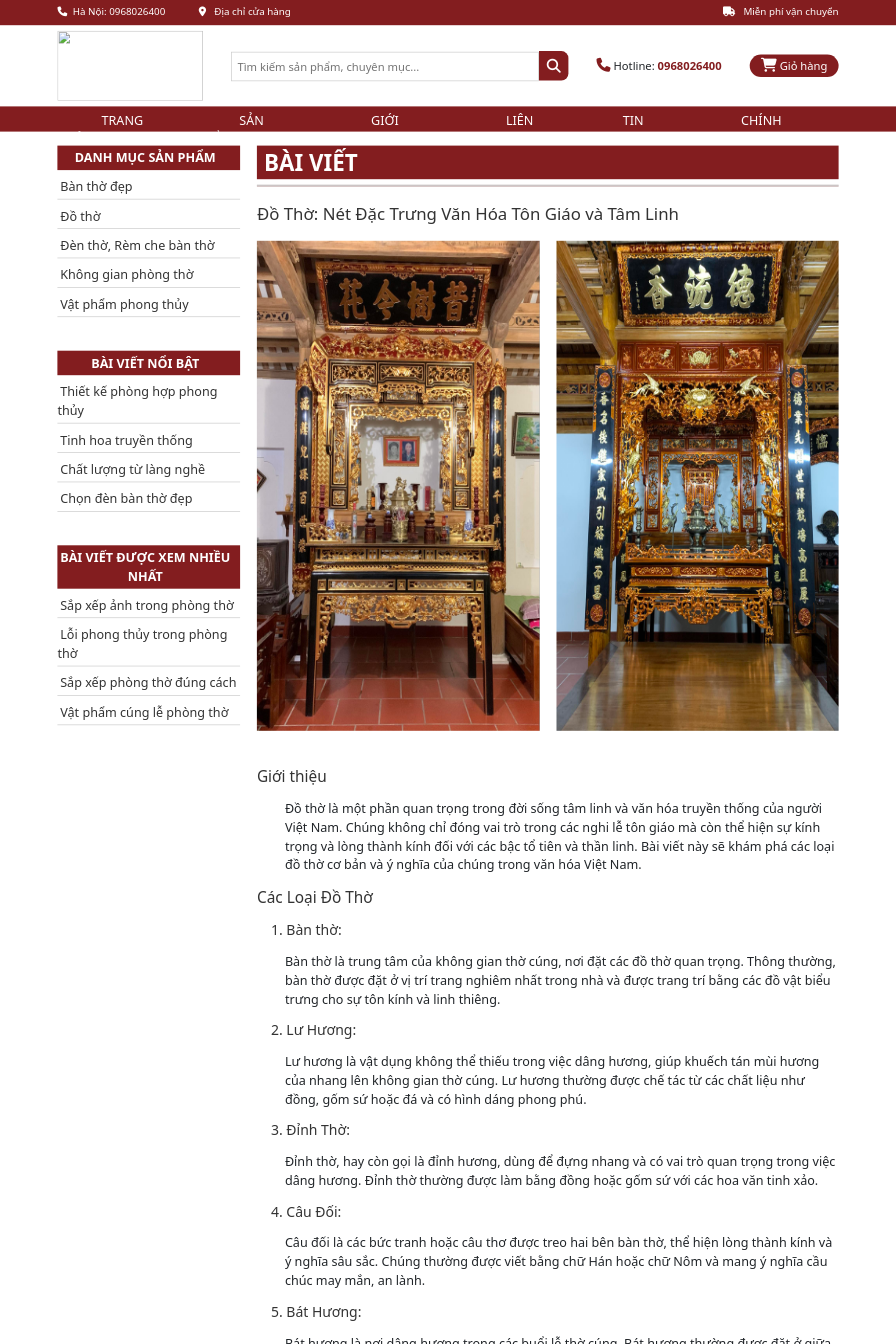
Repository: hoang28092000/do_go_hien_son
Page: index.html
These files come from the project's save history. The page is drawn as it stood at one moment and after a run of saves; the edit follows.
The browser window is 1280 px wide. The pictures show the part of the page from y = 0 to 1920 px (the page is 2772 px tall), at 70% of full size.
Some web libraries are served in a nearby version.

Above is the page before, as saved 2024-08-10 23:43:42.

### index.html
<!DOCTYPE html>
<html lang="en">
<head>
    <meta charset="UTF-8">
    <meta name="viewport" content="width=device-width, initial-scale=1.0">
    <link rel="stylesheet" href="./asset/style.css">
    <link rel="stylesheet" href="https://cdnjs.cloudflare.com/ajax/libs/font-awesome/6.6.0/css/all.min.css" integrity="sha512-Kc323vGBEqzTmouAECnVceyQqyqdsSiqLQISBL29aUW4U/M7pSPA/gEUZQqv1cwx4OnYxTxve5UMg5GT6L4JJg==" crossorigin="anonymous" referrerpolicy="no-referrer" />
    <link href="https://cdn.jsdelivr.net/npm/bootstrap@5.3.3/dist/css/bootstrap.min.css" rel="stylesheet" integrity="sha384-QWTKZyjpPEjISv5WaRU9OFeRpok6YctnYmDr5pNlyT2bRjXh0JMhjY6hW+ALEwIH" crossorigin="anonymous">
    <title>Đồ thờ Hiền Sơn</title>
</head>
<body>
    <div id="header">
        <div class="top_header">
            <div class="container">
                <div class=" d-flex align-items-center justify-content-between pt-1">
                    <div class="d-flex">
                        <p class="mb-0 me-5"><a href="" class="txt-th">
                            <i class="fa-solid fa-phone icon-th pe-2"></i>Hà Nội: 0968026400
                        </a></p>
                        <p class="mb-0"><a href="" class="txt-th">
                            <i class="fa-solid fa-location-dot icon-th pe-2"></i>
                        Địa chỉ cửa hàng</a></p>
                    </div>
                    <p class="mb-0"><a href="" class="txt-th">
                        <i class="fa-solid fa-truck icon-th pe-2"></i>
                    Miễn phí vận chuyển</a></p>
                </div>
            </div>
        </div>
    </div>

        <div class="main_header py-2">
            <div class="container">
                <ul class="d-flex justify-content-between align-items-center ps-0 mb-0">
                    <li class="logo-hs">
                        <a href="index.html"><img src="" class="logo-hd" alt=""></a>
                    </li>
                    <li class="search-hd">
                        <input type="text" class="input-search-hd" placeholder="Tìm kiếm sản phẩm, chuyên mục..."><i class="fa-solid fa-magnifying-glass icon-search_hd"></i>
                    </li>

                    <li class="contact-hd">
                        <i class="fa-solid fa-phone icon-hd "></i>
                        <span class="txt-hd">Hotline: <b style="color: #831d1f;">0968026400</b></span>
                    </li>

                    <li class="cart-hd">
                        <p class="mb-0 cart-list py-1 px-3">
                            <i class="fa-solid fa-cart-shopping icon-cart"></i><span class="txt-cart"> Giỏ hàng</span>
                        </p>
                    </li>
                </ul>
            </div>
        </div>

        <div class="bottom_header">
            <div class="container">
                <ul class="links d-flex justify-content-center align-items-center mb-0 ps-0">
                   <li class="link "><a href="" class="txt-link">TRANG CHỦ</a></li>
                   <li class="link"><a href="./website/product.html" class="txt-link">SẢN PHẨM</a></li>
                   <li class="link"><a href="./website/about-us.html" class="txt-link">GIỚI THIỆU</a></li>
                   <li class="link"><a href="./website/contact.html" class="txt-link">LIÊN HỆ</a></li>
                   <li class="link"><a href="./website/news.html" class="txt-link">TIN TỨC</a></li>
                   <li class="link"><a href="./website/policy.html" class="txt-link">CHÍNH SÁCH</a></li>
                </ul>
            </div>
        </div>
    </div>

    <div id="main">
        <div class="container">
            <div class="row">
                <div class="col-lg-3">
                    <div class="left-main">
                        <div class="product_portfolio">
                            <div class="header-portfolio">
                                <p class="txt_portfolio mb-0">
                                    DANH MỤC SẢN PHẨM
                                </p>
                            </div>
                            <ul class="list_portfolio ps-0">
                                <li class="items-product"><a href="./website/product.html" class="txt-porduct">Bàn thờ đẹp</a></li>
                                <li class="items-product"><a href="./product_category/do_tho.html" class="txt-porduct">Đồ thờ</a></li>
                                <li class="items-product"><a href="./product_category/den_tho_rem.html" class="txt-porduct">Đèn thờ, Rèm che bàn thờ</a></li>
                                <li class="items-product"><a href="./product_category/khong_gian.html" class="txt-porduct">Không gian phòng thờ</a></li>
                                <li class="items-product"><a href="./product_category/vat_pham.html" class="txt-porduct">Vật phẩm phong thủy</a></li>
                            </ul>
                        </div>
                        <div class="product_portfolio my-5">
                            <div class="header-portfolio">
                                <p class="txt_portfolio mb-0">
                                    BÀI VIẾT NỔI BẬT
                                </p>
                            </div>
                            <ul class="list_portfolio ps-0">
                                <li class="items-product"><a href="./news/thiet_ke_phong_tho-news.html" class="txt-porduct">Thiết kế phòng hợp phong thủy </a></li>
                                <li class="items-product"><a href="./news/tinh_hoa_truyen_thong-news.html" class="txt-porduct">Tinh hoa truyền thống</a></li>
                                <li class="items-product"><a href="./news/chat_luong_lang_nghe-news.html" class="txt-porduct">Chất lượng từ làng nghề</a></li>
                                <li class="items-product"><a href="./news/chon_den_ban_tho-news.html" class="txt-porduct">Chọn đèn bàn thờ đẹp</a></li>
                            </ul>
                        </div>

                        <div class="product_portfolio">
                            <div class="header-portfolio">
                                <p class="txt_portfolio mb-0">
                                    BÀI VIẾT ĐƯỢC XEM NHIỀU NHẤT
                                </p>
                            </div>
                            <ul class="list_portfolio ps-0">
                                <li class="items-product"><a href="./news/sap_xep_anh-news.html" class="txt-porduct">Sắp xếp ảnh trong phòng thờ</a></li>
                                <li class="items-product"><a href="./news/loi_phong_thuy-news.html" class="txt-porduct">Lỗi phong thủy trong phòng thờ</a></li>
                                <li class="items-product"><a href="./news/sx_phong_tho_dung-news.html" class="txt-porduct">Sắp xếp phòng thờ đúng cách</a></li>
                                <li class="items-product"><a href="./news/vp_le_cung-news.html" class="txt-porduct">Vật phẩm cúng lễ phòng thờ</a></li>
                            </ul>
                        </div>
                    </div>
                </div>
                <div class="col-lg-9">
                    <div class="right-main">
                        <div class="first_news">
                            <p class="txt-title mb-2 ">
                                BÀI VIẾT
                            </p>
                            <hr class="hr-title my-0">
                            <h3 class="title-news mt-4 mb-4">
                                Đồ Thờ: Nét Đặc Trưng Văn Hóa Tôn Giáo và Tâm Linh
                            </h3>
                            <div class="row">
                                <div class="col-lg-6">
                                    <img src="asset/image/anhn1.jfif" class="img-rm w-100" alt="">
                                </div>
                                <div class="col-lg-6">
                                    <img src="asset/image/anhn3.jfif" alt="" class=" img-rm w-100">
                                </div>

                            </div>

                            <p class="txt-bnews mt-5">
                                Giới thiệu
                            </p>
                            <p class="txt-news">
                                Đồ thờ là một phần quan trọng trong đời sống tâm linh và văn hóa truyền thống của người Việt Nam. Chúng không chỉ đóng vai trò trong các nghi lễ tôn giáo mà còn thể hiện sự kính trọng và lòng thành kính đối với các bậc tổ tiên và thần linh. Bài viết này sẽ khám phá các loại đồ thờ cơ bản và ý nghĩa của chúng trong văn hóa Việt Nam.
                            </p>
                            <p class="txt-bnews">
                                Các Loại Đồ Thờ
                            </p>
                            <p class="btxt-news">
                                1. Bàn thờ:

                            </p>
                            <p class="txt-news">
                                Bàn thờ là trung tâm của không gian thờ cúng, nơi đặt các đồ thờ quan trọng. Thông thường, bàn thờ được đặt ở vị trí trang nghiêm nhất trong nhà và được trang trí bằng các đồ vật biểu trưng cho sự tôn kính và linh thiêng.
                            </p>
                            <p class="btxt-news">
                                2. Lư Hương:

                            </p>
                            <p class="txt-news">
                                Lư hương là vật dụng không thể thiếu trong việc dâng hương, giúp khuếch tán mùi hương của nhang lên không gian thờ cúng. Lư hương thường được chế tác từ các chất liệu như đồng, gốm sứ hoặc đá và có hình dáng phong phú.
                            </p>
                            <p class="btxt-news">
                                3. Đỉnh Thờ:

                            </p>
                            <p class="txt-news">
                                Đỉnh thờ, hay còn gọi là đỉnh hương, dùng để đựng nhang và có vai trò quan trọng trong việc dâng hương. Đỉnh thờ thường được làm bằng đồng hoặc gốm sứ với các hoa văn tinh xảo.
                            </p>
                            <p class="btxt-news">
                                4. Câu Đối:

                            </p>
                            <p class="txt-news">
                                Câu đối là các bức tranh hoặc câu thơ được treo hai bên bàn thờ, thể hiện lòng thành kính và ý nghĩa sâu sắc. Chúng thường được viết bằng chữ Hán hoặc chữ Nôm và mang ý nghĩa cầu chúc may mắn, an lành.
                            </p>
                            <p class="btxt-news">
                                5. Bát Hương:

                            </p>
                            <p class="txt-news">
                                Bát hương là nơi dâng hương trong các buổi lễ thờ cúng. Bát hương thường được đặt ở giữa bàn thờ và là biểu tượng của sự kết nối giữa thế gian và thần linh.
                            </p>
                            <p class="btxt-news">
                                6. Mâm Ngũ Quả::

                            </p>
                            <p class="txt-news">
                                Mâm ngũ quả là một phần quan trọng trong các lễ cúng, thường được bày trí với năm loại trái cây tượng trưng cho ngũ hành và sự cân bằng.
                            </p>
                            <p class="txt-bnews">
                                Ý Nghĩa của Đồ Thờ
                            </p>
                            <p class="txt-news">
                                Đồ thờ không chỉ có giá trị về mặt vật chất mà còn mang ý nghĩa tâm linh sâu sắc. Chúng là cầu nối giữa con người với thế giới tâm linh, giúp bày tỏ lòng thành kính và mong ước của gia đình đối với tổ tiên và các vị thần. Qua các buổi lễ thờ cúng, đồ thờ góp phần duy trì và gìn giữ các giá trị văn hóa truyền thống của dân tộc.
                            </p>
                            <p class="txt-bnews">
                                Kết Luận
                            </p>
                            <p class="txt-news">
                                Việc lựa chọn và bài trí đồ thờ một cách tinh tế không chỉ thể hiện sự tôn trọng mà còn góp phần làm phong phú thêm đời sống tâm linh và văn hóa của gia đình. Hy vọng rằng bài viết này đã giúp bạn hiểu rõ hơn về các loại đồ thờ và ý nghĩa của chúng trong văn hóa Việt Nam.
                            </p>
                        </div>
                    </div>
                </div>
            </div>
        </div>
    </div>

    <div id="footer">
        <div class="container">
            <div class="row">
                <div class="col-lg-4">
                    <h4 class="title-ft">LIÊN HỆ</h4>
                    <ul class="list-info">
                        <li>
                            <i class="fa-solid fa-location-dot icon-ft pe-2"></i>
                            <span class="txt-ft">Địa chỉ: Canh Nậu- Thạch Thất- Hà Nội</span>
                        </li>
                        <li>
                            <i class="fa-solid fa-phone icon-ft pe-2"></i>
                            <span class="txt-ft">Hotline: 096.802.6400</span>
                        </li>
                        <li>
                            <i class="fa-solid fa-phone icon-ft pe-2"></i>
                            <span class="txt-ft">Zalo: 096.802.6400    </span>
                        </li>
                        <li>
                            <i class="fa-solid fa-envelope icon-ft pe-2"></i>
                           <span class="txt-ft">Email: hvu6097@gmail.com</span>
                        </li>
                    </ul>
                </div>
                <div class="col-lg-4">
                    <h4 class="title-ft">
                        VỀ CHÚNG TÔI
                    </h4>
                    <ul class="list-links ps-0">
                        <li class="item-link"><a href="index.html" class="link-ft">Trang Chủ </a></li>
                        <li class="item-link"><a href="./website/product.html" class="link-ft">Sản phẩm</a></li>
                        <li class="item-link"><a href="./website/about-us.html" class="link-ft">Giới thiệu</a></li>
                        <li class="item-link"><a href="./website/contact.html" class="link-ft">Liên hệ</a></li>
                        <li class="item-link"><a href="./website/news.html" class="link-ft">Tin tức</a></li>
                        <li class="item-link"><a href="./website/policy.html" class="link-ft">Chính sách</a></li>
                    </ul>
                </div>
                <div class="col-lg-4">
                    <h4 class="title-ft">
                       CHÍNH SÁCH
                    </h4>
                    <ul class="list-links ps-0">
                        <li class="item-link"><a href="./website/policy.html" class="link-ft">Chính sách vận chuyển </a></li>
                        <li class="item-link"><a href="./website/policy.html" class="link-ft">Chính sách thanh toán</a></li>
                        <li class="item-link"><a href="./website/policy.html" class="link-ft">Chính sách giao hàng kiểm hàng</a></li>
                        <li class="item-link"><a href="./website/policy.html" class="link-ft">Chính sách bảo hành</a></li>
                        <li class="item-link"><a href="./website/policy.html" class="link-ft">Hướng dẫn mua hàng</a></li>
                    </ul>
                </div>

            </div>
        </div>
    </div>


    <script src="https://cdn.jsdelivr.net/npm/bootstrap@5.3.3/dist/js/bootstrap.bundle.min.js" integrity="sha384-YvpcrYf0tY3lHB60NNkmXc5s9fDVZLESaAA55NDzOxhy9GkcIdslK1eN7N6jIeHz" crossorigin="anonymous"></script>
</body>
</html>

Loaded but not shown: asset/style.css (594 lines, source omitted)

After the next 4 saves:
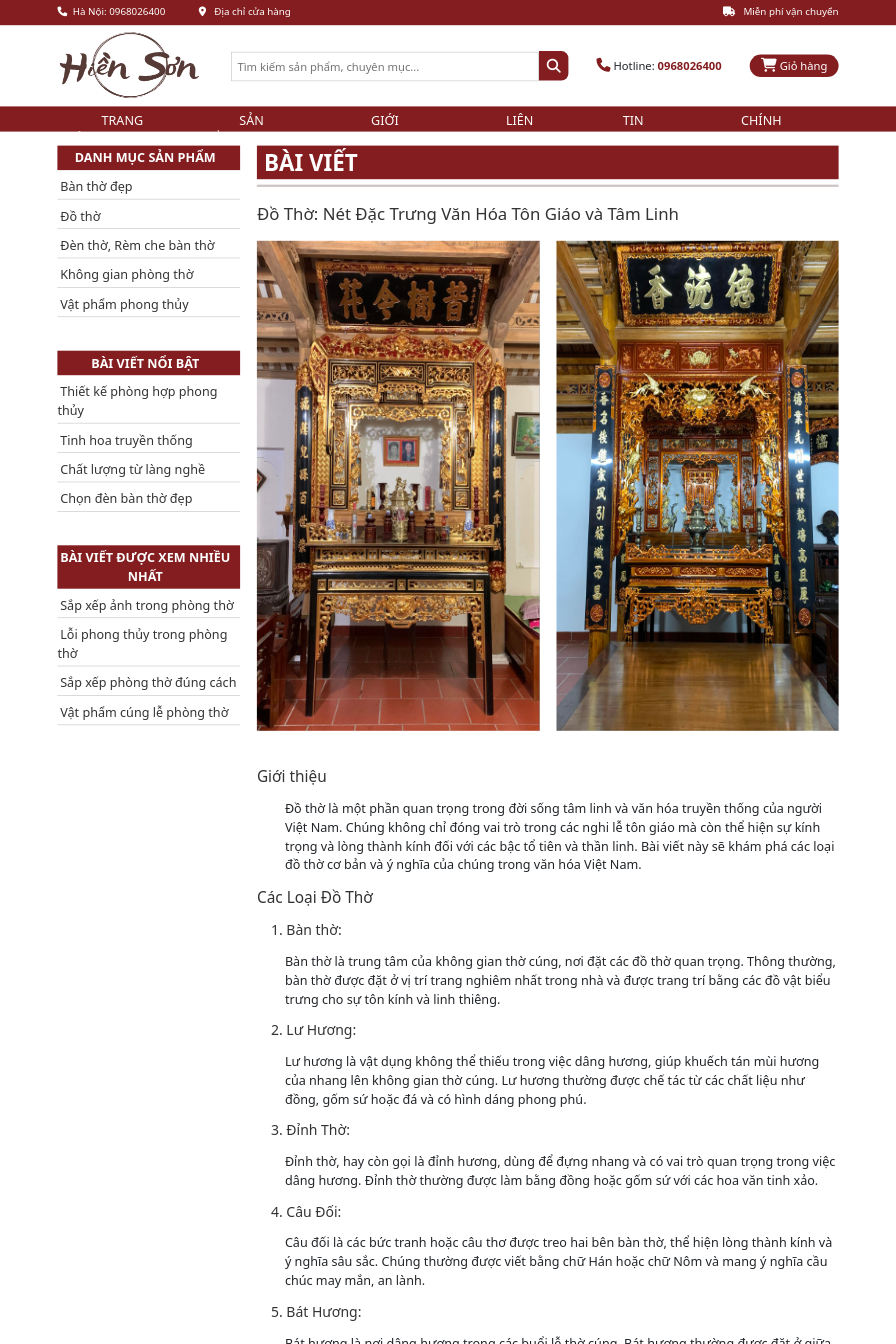
The 4 saves are shown as one change because they came seconds apart.
The last was saved 10 s later.
--- a/index.html
+++ b/index.html
@@ -33,7 +33,7 @@
             <div class="container">
                 <ul class="d-flex justify-content-between align-items-center ps-0 mb-0">
                     <li class="logo-hs">
-                        <a href="index.html"><img src="" class="logo-hd" alt=""></a>
+                        <a href="index.html"><img src="./asset/image/logo_1.png" class="logo-hd" alt=""></a>
                     </li>
                     <li class="search-hd">
                         <input type="text" class="input-search-hd" placeholder="Tìm kiếm sản phẩm, chuyên mục..."><i class="fa-solid fa-magnifying-glass icon-search_hd"></i>
